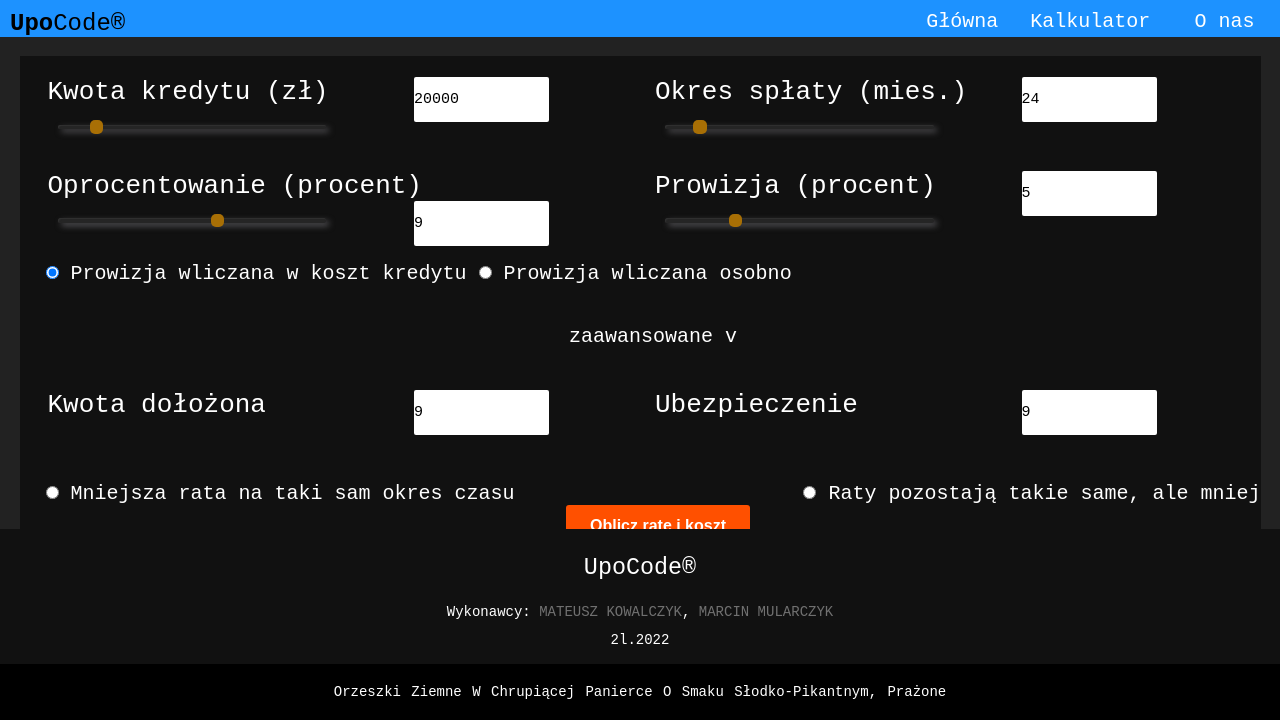
Repository: Klemingway/egzamin
Page: kalkulator.html
An editor plug-in stored every save of this project. The page is shown before and after the next save, followed by the edit.
The browser window is 1280 px wide. The pictures show the whole page.

Above is the page before, as saved 2023-01-25 12:19:09.

After the next save:
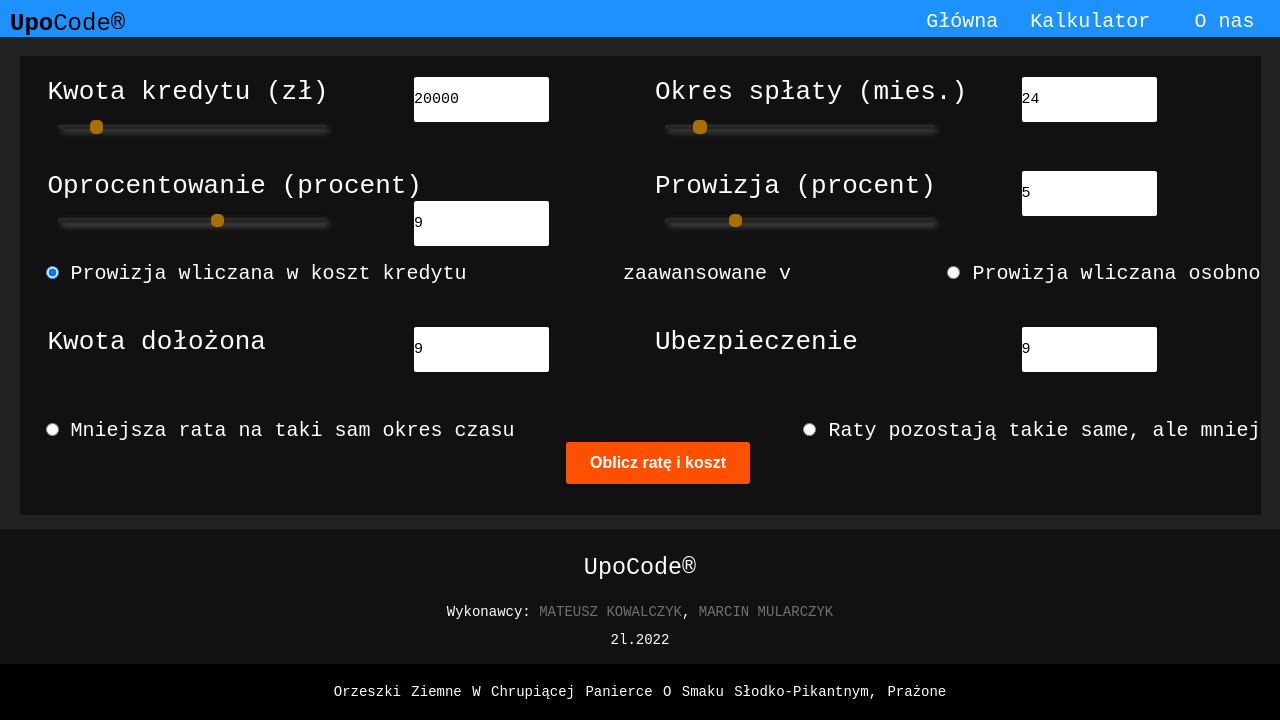
Saved 14 s later.
--- a/kalkulator.html
+++ b/kalkulator.html
@@ -50,10 +50,10 @@
     </div>
 
     <div id="d5" class="dradio">
-        <label>
+        <label class="l1">
         <input type="radio" checked name="choice" value="wariant1" class="radio"> Prowizja wliczana w koszt kredytu
         </label>
-        <label>
+        <label class="l2">
             <input type="radio" name="choice" value="wariant2" class="radio">
             Prowizja wliczana osobno
         </label>
